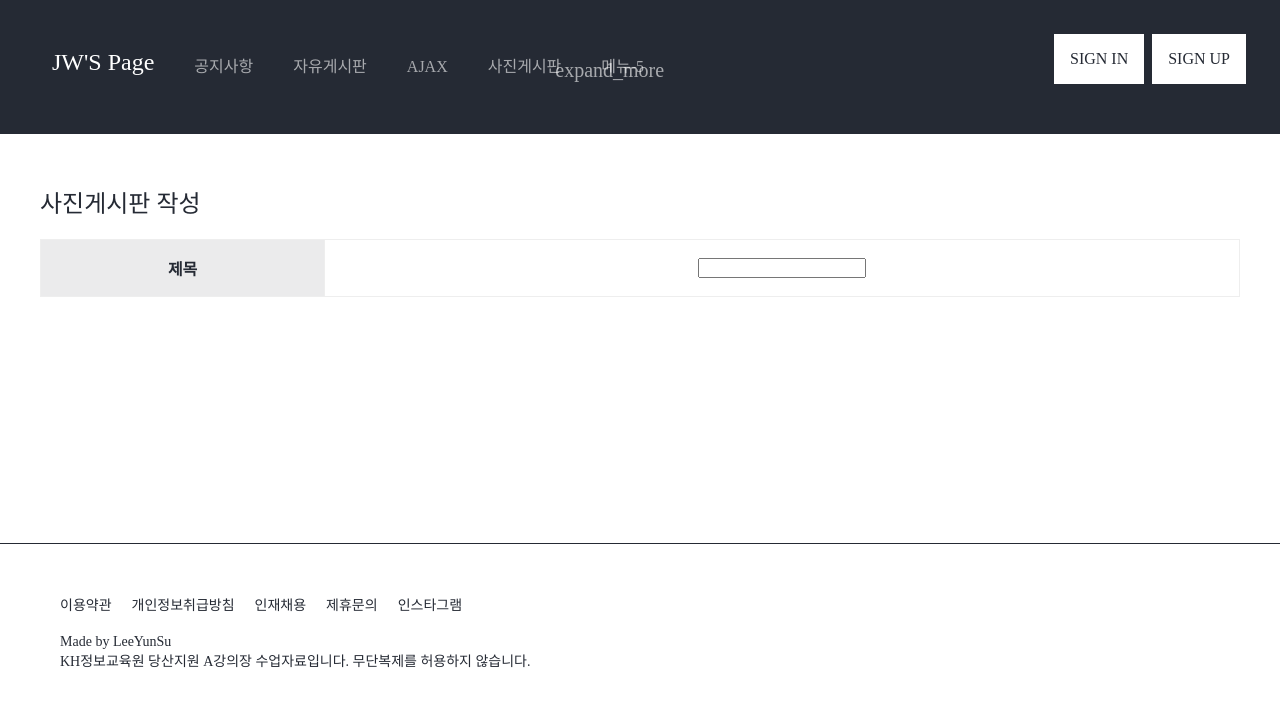
Repository: JWbase/Web_JAVA
Page: http://localhost/07_mvc2WebProject/WEB-INF/views/photo/photoWriteFrm.jsp
The author's editor kept a copy of each file at every save. The page is drawn from the files as they stood at one save, then again after the next save.
The browser window is 1280 px wide. The pictures show the whole page.
Some web fonts or font styles are not loaded; a fallback is used. The page is served by Tomcat 9. Nobody is signed in. The template is opened directly, without the code that normally fills it, so the values that code supplies are empty.

Above is the page before, as saved 2022-09-06 09:15:24.

After the next save:
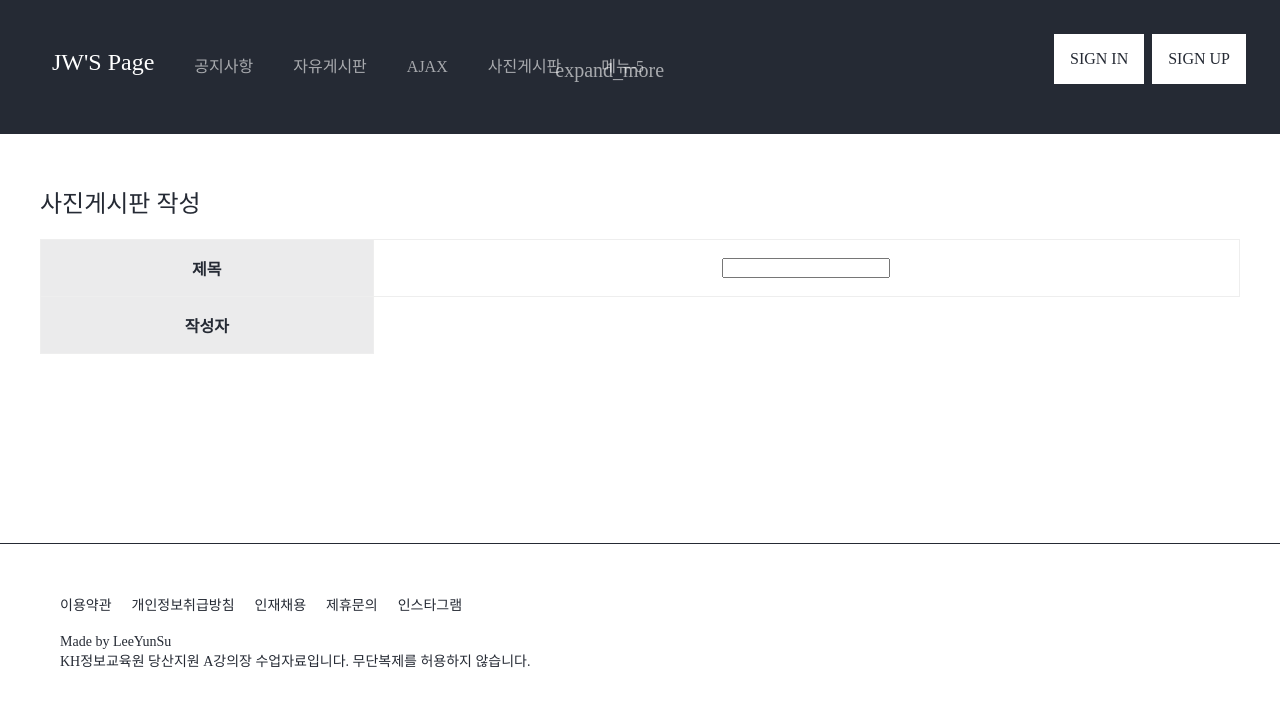
Saved 21 s later.
--- a/07_mvc2WebProject/src/main/webapp/WEB-INF/views/photo/photoWriteFrm.jsp
+++ b/07_mvc2WebProject/src/main/webapp/WEB-INF/views/photo/photoWriteFrm.jsp
@@ -24,6 +24,9 @@
 							<input type="text" name="photoTitle" class="">
 						</td>
 					</tr>
+					<tr class="tr-1">
+						<th class="td-2">작성자</th>
+					</tr>
 				</table>
 			</form>
 	</div>
